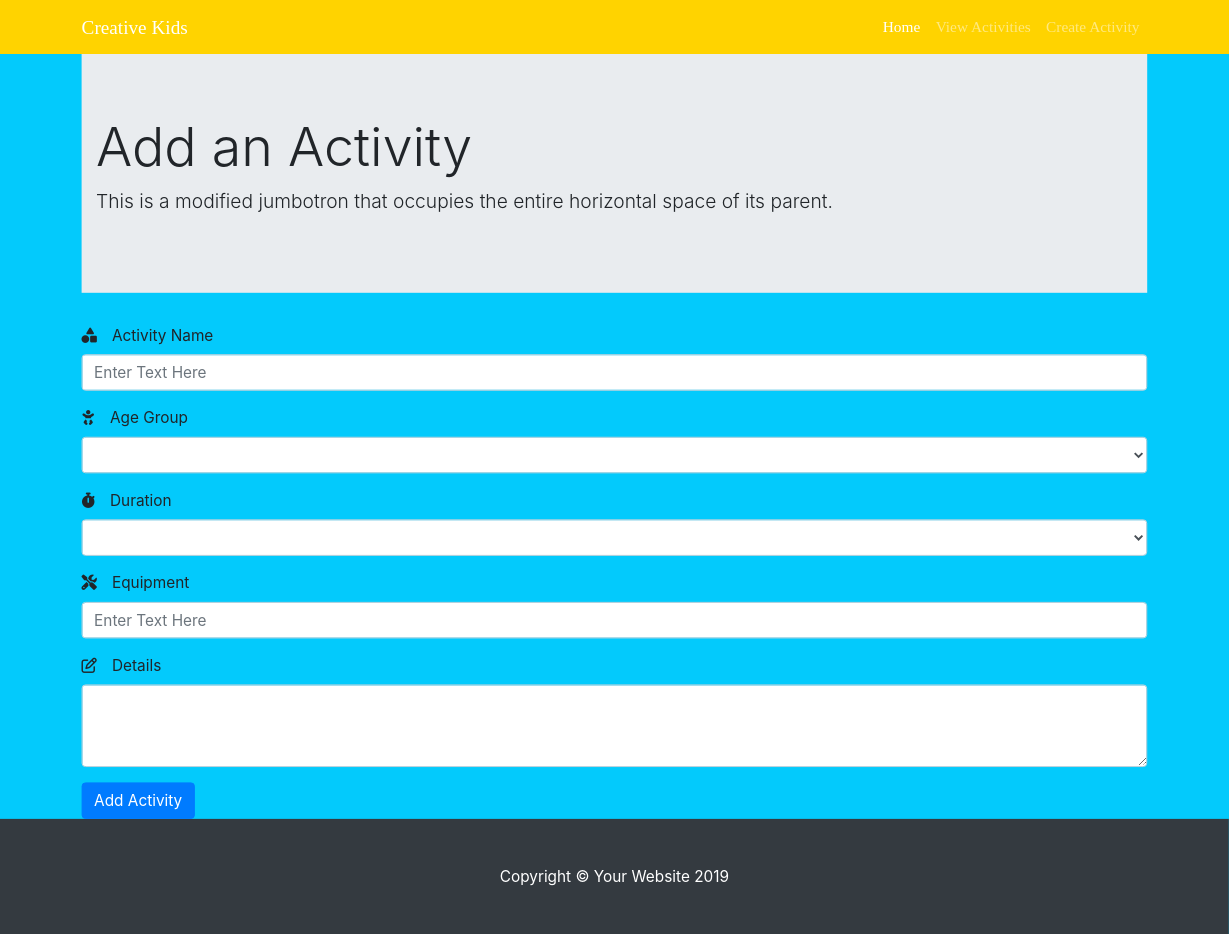
Repository: Neilfoster/milestone_project_3
Page: http://localhost/add_activity
The author's editor kept a record of every edit. The page is drawn from the files as they stood at one moment, then again after the next edit.
The browser window is 1280 px wide. The pictures show the whole page, at 96% of full size.
Some web fonts or font styles are not loaded; a fallback is used. Some web libraries are served in a nearby version. The page is served by the project's application, run on Flask 3 (app.py). Queries for data that is not in the repository find no rows.

Above is the page before.

### templates/add_activity.html
{% extends "base.html" %} {% block content %}
<div class="container">
    <!-- Heading -->
    <div class="jumbotron jumbotron-fluid">
        <div class="container">
            <h1 class="display-4">Add an Activity</h1>
            <p class="lead">This is a modified jumbotron that occupies the entire horizontal space of its parent.</p>
        </div>
    </div>

    <!--forum -->
    <form action="{{url_for('insert_activity')}}" method="POST">
        <div class="form-group">
            <i class="fas fa-shapes fa-1x "></i>
            <label class="forum_text" for="acvtivity_name">Activity Name</label>
            <input type="text" class="form-control" id="acvtivity_name" name="acvtivity_name" placeholder="Enter Text Here" required>
        </div>
        <div class="form-group">
            <i class="fas fa-baby "></i>
            <label class="forum_text" for="age_group">Age Group</label>
            <select class="form-control" id="age_group" name="age_group">
               {% for age in ages %}
               <option value="{{age.age_group.capitalize()}}">{{age.age_group.capitalize()}}</option>
               {% endfor %}
            </select>
        </div>
        <div class="form-group">
            <i class="fas fa-stopwatch "></i>
            <label class="forum_text" for="activity_duration">Duration</label>
            <select class="form-control" id="activity_duration" name="activity_duration">
                {% for duration in durations %}
                 <option value="{{duration.activity_duration.capitalize()}}">{{duration.activity_duration.capitalize()}}</option>
                {% endfor %}
            </select>
        </div>
        <div class="form-group">
            <i class="fas fa-tools "></i>
            <label class="forum_text" for="equipment">Equipment</label>
            <input type="text" class="form-control" id="equipment" name="equipment" placeholder="Enter Text Here" required>
        </div>

        <div class="form-group">
            <i class="far fa-edit "></i>
            <label class="forum_text" for="details">Details</label>
            <textarea class="form-control" id="details" name="details" rows="3" required></textarea>
        </div>

        <button class="btn btn-primary " type="submit" name="action">Add Activity</button>
</div>
</form>
{% endblock %}

### templates/base.html
<!DOCTYPE html>
<html lang="en">

<head>

  <meta charset="utf-8">
  <meta name="viewport" content="width=device-width, initial-scale=1, shrink-to-fit=no">
  <meta name="description" content="">
  <meta name="author" content="">

  <title>Creative Kids</title>

  <!-- Bootstrap core CSS -->
  <link href="static/css/bootstrap.min.css" rel="stylesheet">

  <!-- CDN for Bootstrap core CSS -->
  <!-- <link rel="stylesheet" href="https://stackpath.bootstrapcdn.com/bootstrap/4.3.1/css/bootstrap.min.css" type="text/css" /> -->

  <!-- Custom styles for this template -->
  <link href="static/css/small-business.css" rel="stylesheet">

  <!-- Custom styles-->
  <link href="static/css/style.css" rel="stylesheet">

  <!-- Google Fonts-->
  <link href="https://fonts.googleapis.com/css?family=Butterfly+Kids&display=swap" rel="stylesheet">

</head>

<body>

  <!-- Navigation -->
  <nav class="navbar navbar-expand-lg navbar-dark fixed-top cstmnav">
    <div class="container">
      <a class="navbar-brand nav_txt" href="#">Creative Kids</a>
      <button class="navbar-toggler" type="button" data-toggle="collapse" data-target="#navbarResponsive" aria-controls="navbarResponsive" aria-expanded="false" aria-label="Toggle navigation">
        <span class="navbar-toggler-icon"></span>
      </button>
      <div class="collapse navbar-collapse" id="navbarResponsive">
        <ul class="navbar-nav ml-auto">
          <li class="nav-item active">
            <a class="nav-link" href="#">Home
              <span class="sr-only">(current)</span>
            </a>
          </li>
          <li class="nav-item">
            <a class="nav-link" href="#">View Activities</a>
          </li>
          <li class="nav-item">
            <a class="nav-link" href="#">Create Activity</a>
          </li>

        </ul>
      </div>
    </div>
  </nav>

  {% block content %} {% endblock %}



  <!-- Footer -->
  <footer class="py-5 bg-dark">
    <div class="container">
      <p class="m-0 text-center text-white">Copyright &copy; Your Website 2019</p>
    </div>
    <!-- /.container -->
  </footer>


  <!-- Bootstrap core JavaScript -->
  <script src="static/js/jquery.min.js"></script>
  <script src="static/js/bootstrap.bundle.min.js"></script>

<!-- Font Awesome js-->
  <script src="https://kit.fontawesome.com/8aa891fdce.js" crossorigin="anonymous"></script>
</body>

</html>

### app.py
import os
from flask import Flask, render_template, redirect, request, url_for
from flask_pymongo import PyMongo
from bson.objectid import ObjectId

app = Flask(__name__)

app.config["MONGO_DBNAME"] = 'milestoneproject3me'
app.config["MONGO_URI"] = os.environ.get('mongo_uri')

mongo = PyMongo(app)

@app.route('/')
@app.route('/home')
def get_activities():
    return render_template("home.html",
    activities=mongo.db.Activities.find())

@app.route('/activity_view')
def activity_view():
    return render_template('activity_view.html',
    activities=mongo.db.Activities.find().limit(6),
    ages=mongo.db.ages.age_group.find(),
    duration=mongo.db.duration.find())

@app.route('/add_activity')
def add_activity():
    return render_template('add_activity.html',
    ages=mongo.db.ages.find(),
    durations=mongo.db.duration.find())

@app.route('/insert_activity', methods=['POST'])
def insert_activity():
    activities=mongo.db.Activities
    activities.insert_one(request.form.to_dict())
    return redirect(url_for('activity_view'))


if __name__ == "__main__":
    app.run(host=os.environ.get('IP'),
        port=int(os.environ.get('PORT')),
        debug=True)

### static/css/style.css
body {
    background-color: #03cafc;

}

.forum_text {
    margin-left: 1%;
}

.my_button{
    margin-bottom: 2%;
}

.cstmnav{
    background-color: #ffd300;
    font-family: 'Butterfly Kids', cursive;
}

.cstm_jumb{
    border: 5px solid #ffd300;
    border-radius:1%;
    margin-top: 5%;
}

.cstm_select {
    border: 2px solid #ffd300;
    border-radius:1%;
    margin-top:1%;
    margin-bottom: 1%;

}

.cstm_card {
    border: 2px solid #ffd300;
    border-radius:1%;
    margin:1%;
}

.cstm_jumb_home{
    background-color: #ffd300;
}

Loaded but not shown: static/css/bootstrap.min.css (library); static/css/small-business.css (common file); static/js/jquery.min.js (library); static/js/bootstrap.bundle.min.js (library)

After the next edit:
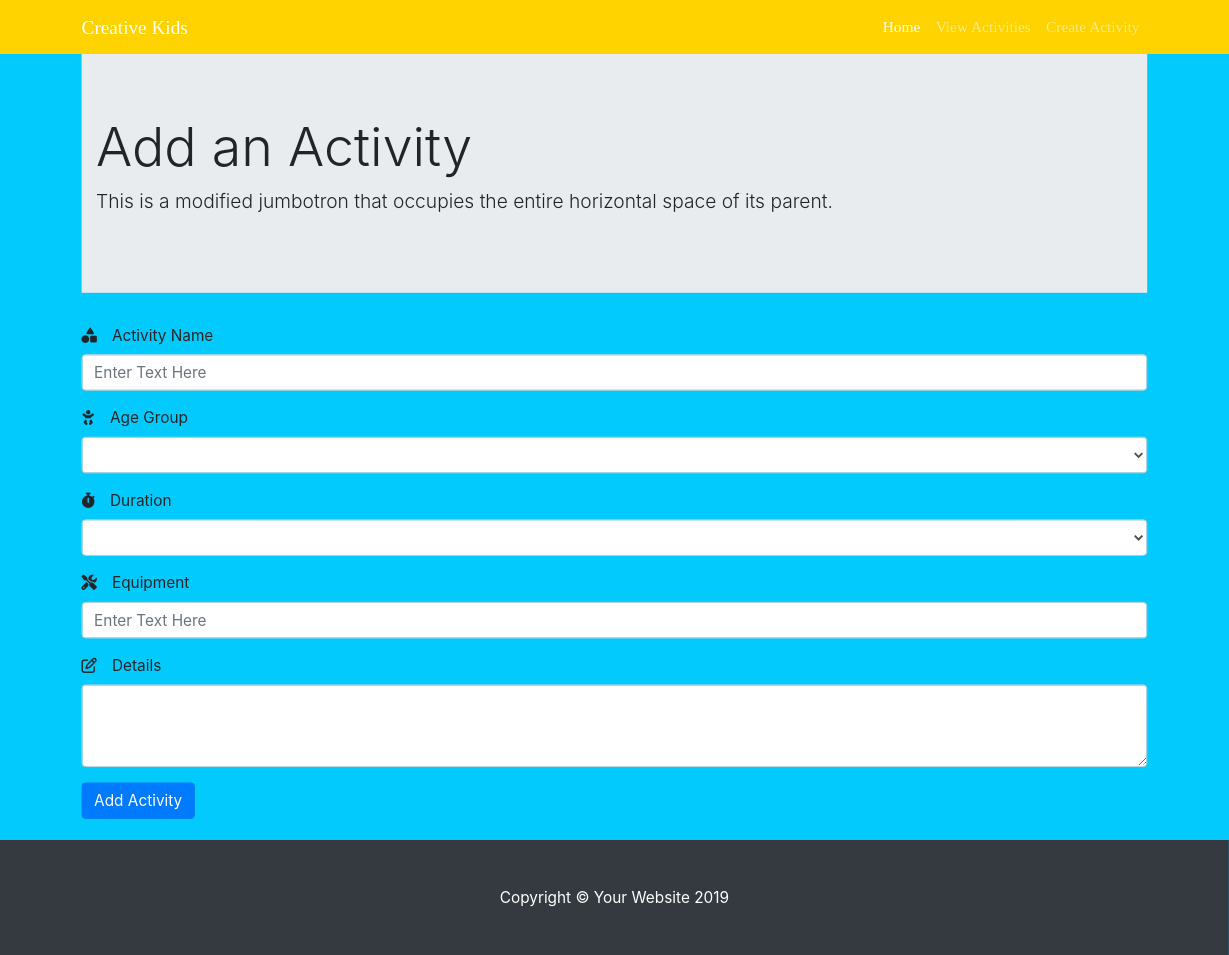
The edit:
--- a/templates/add_activity.html
+++ b/templates/add_activity.html
@@ -45,7 +45,7 @@
             <textarea class="form-control" id="details" name="details" rows="3" required></textarea>
         </div>
 
-        <button class="btn btn-primary " type="submit" name="action">Add Activity</button>
+        <button class="btn btn-primary my_button" type="submit" name="action">Add Activity</button>
 </div>
 </form>
 {% endblock %}
